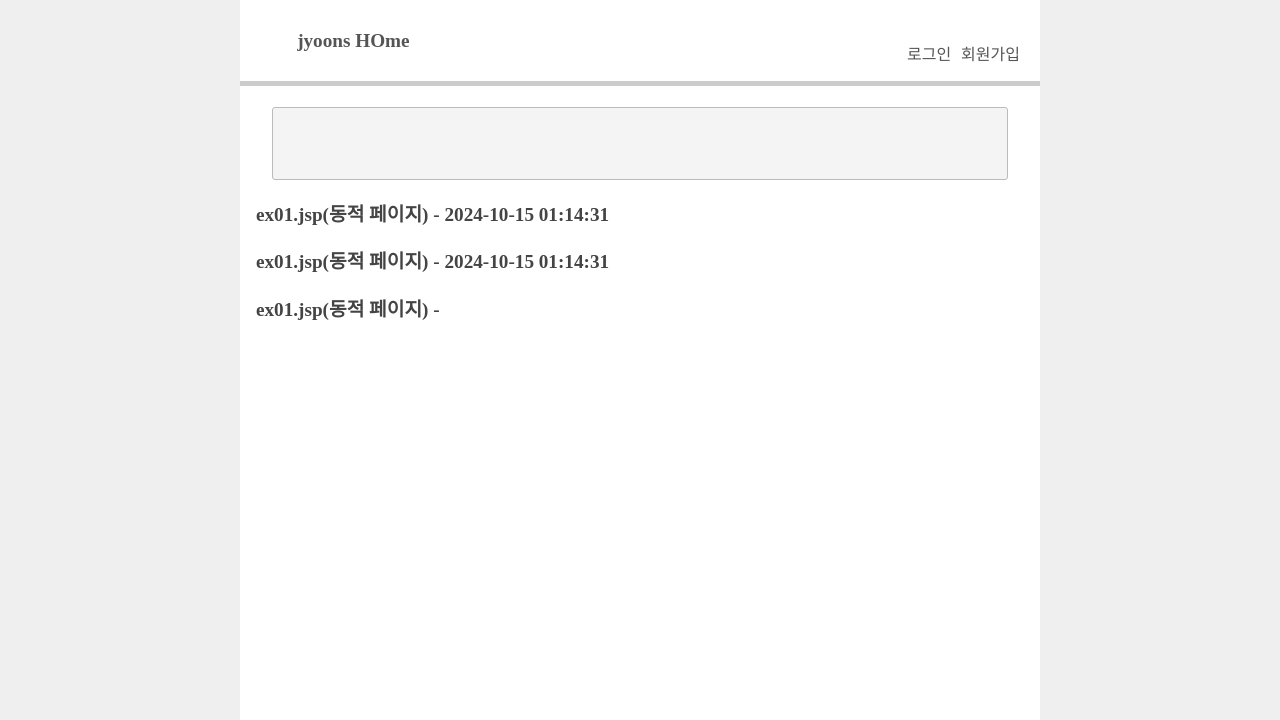
Repository: jyoons00/JSP-sample
Page: http://localhost/jspPro/days01/ex01.jsp
These files come from the project's save history. The page is drawn as it stood at one moment and after the next save; the edit follows.
The browser window is 1280 px wide. The pictures show the whole page.
Some web fonts or font styles are not loaded; a fallback is used. The page is served by Tomcat 9.

Above is the page before, as saved 2024-10-15 03:10:57.
Console error: SyntaxError: Invalid or unexpected token

After the next save:
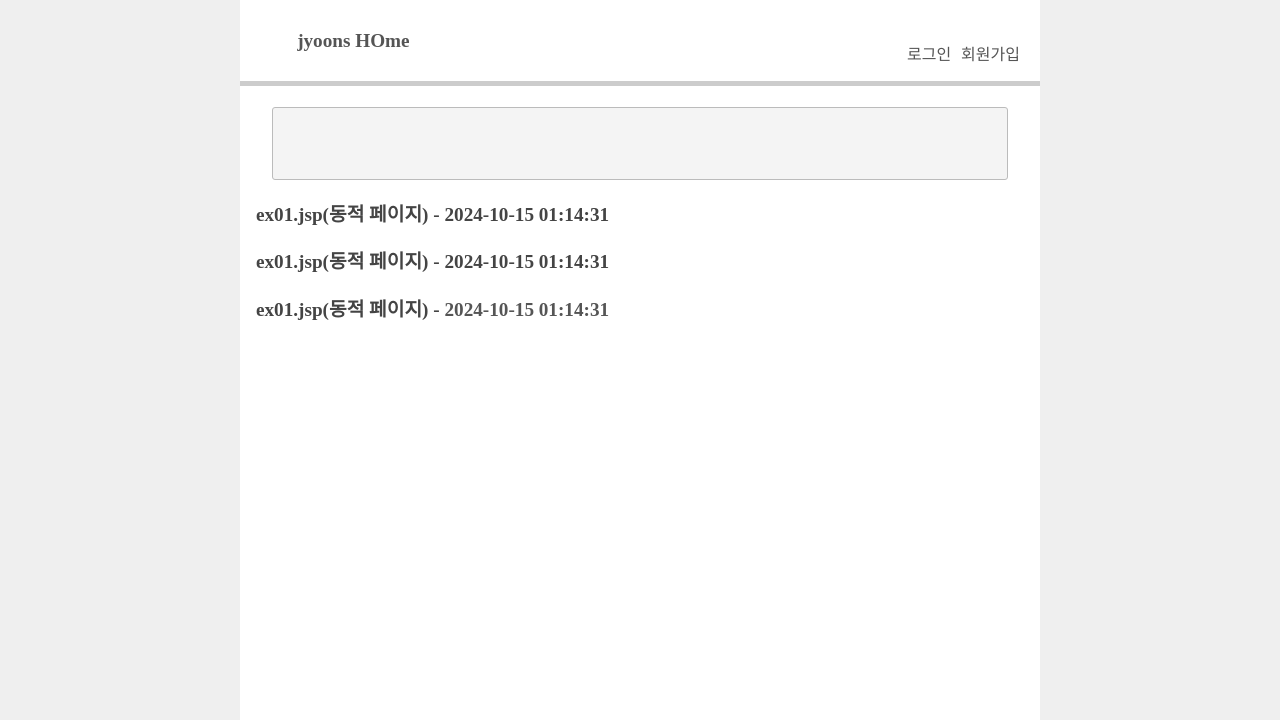
The error is gone.
Saved 26 s later.
--- a/jspPro/src/main/webapp/days01/ex01.jsp
+++ b/jspPro/src/main/webapp/days01/ex01.jsp
@@ -57,7 +57,7 @@
     </div>
 
     <script>
-    	let now = '<%= strNow %>'';
+    	let now = "<%= strNow %>";
     	$("#now").html(now);
     </script>
   </body>
